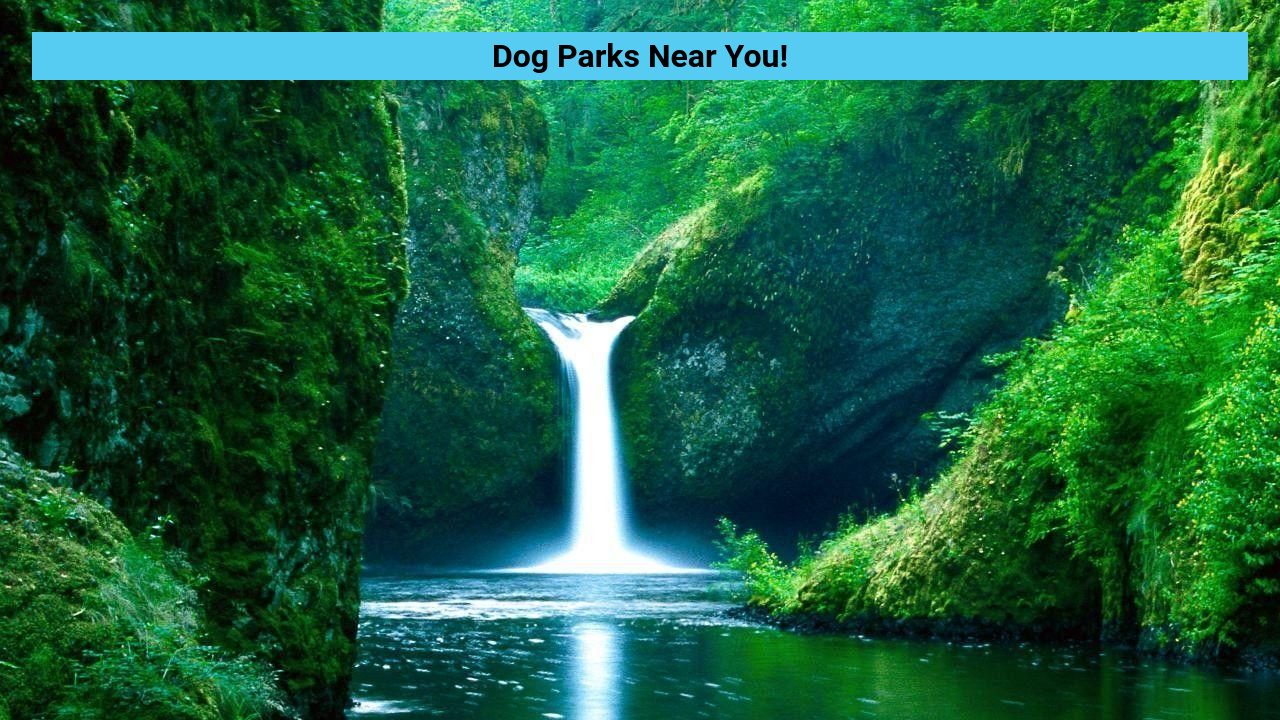
Repository: gee-ell-bee/artdm174lab7
Page: index.html
These files come from the project's save history. The page is drawn as it stood at one moment and after the next save; the edit follows.
The browser window is 1280 px wide. The pictures show the whole page.
Some web libraries are served in a nearby version.

Above is the page before, as saved 2022-05-11 12:13:58.
Console error: SyntaxError: Cannot use import statement outside a module

After the next save:
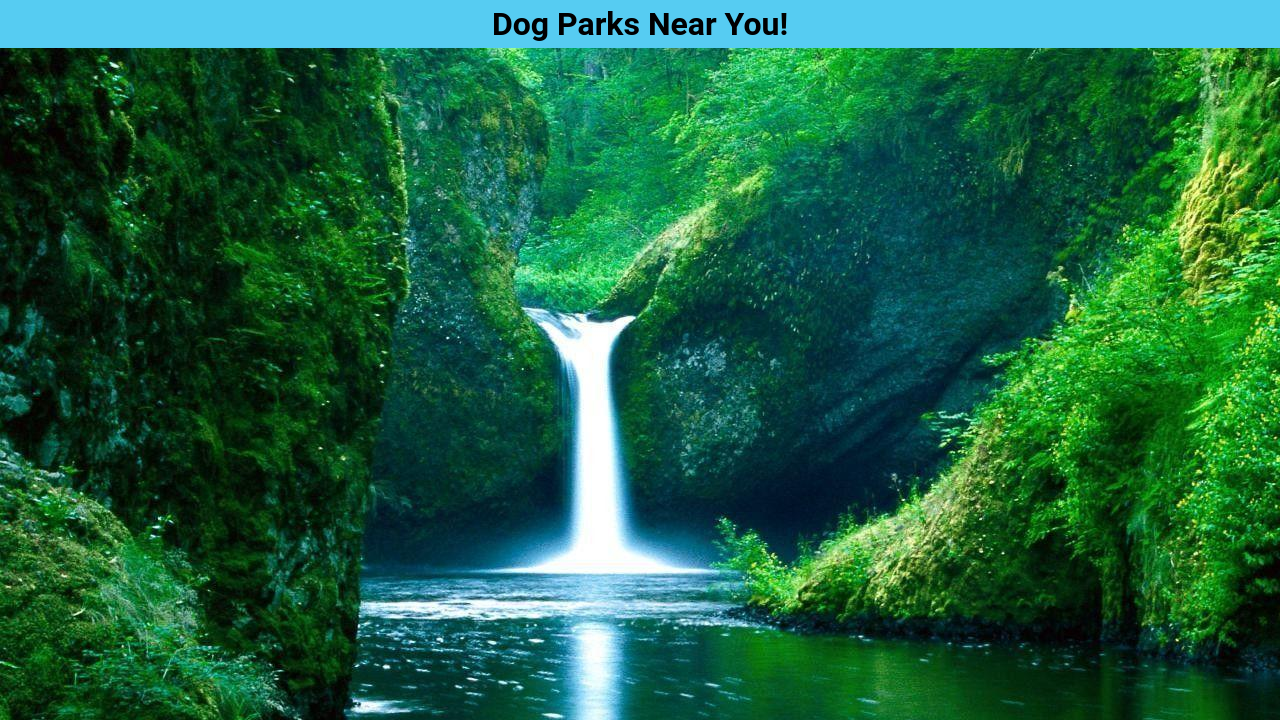
Saved 63 s later.
--- a/index.html
+++ b/index.html
@@ -18,10 +18,11 @@
     <script defer src="js/main.js"></script>
 </head>
 <body id="main">
+    <header>
+        <h1>Dog Parks Near You!</h1>
+        </header>
     <main>
-        <header>
-            <h1>Dog Parks Near You!</h1>
-            </header>
+
         <section id="container" class="words">
 
             <section class="parkList">
